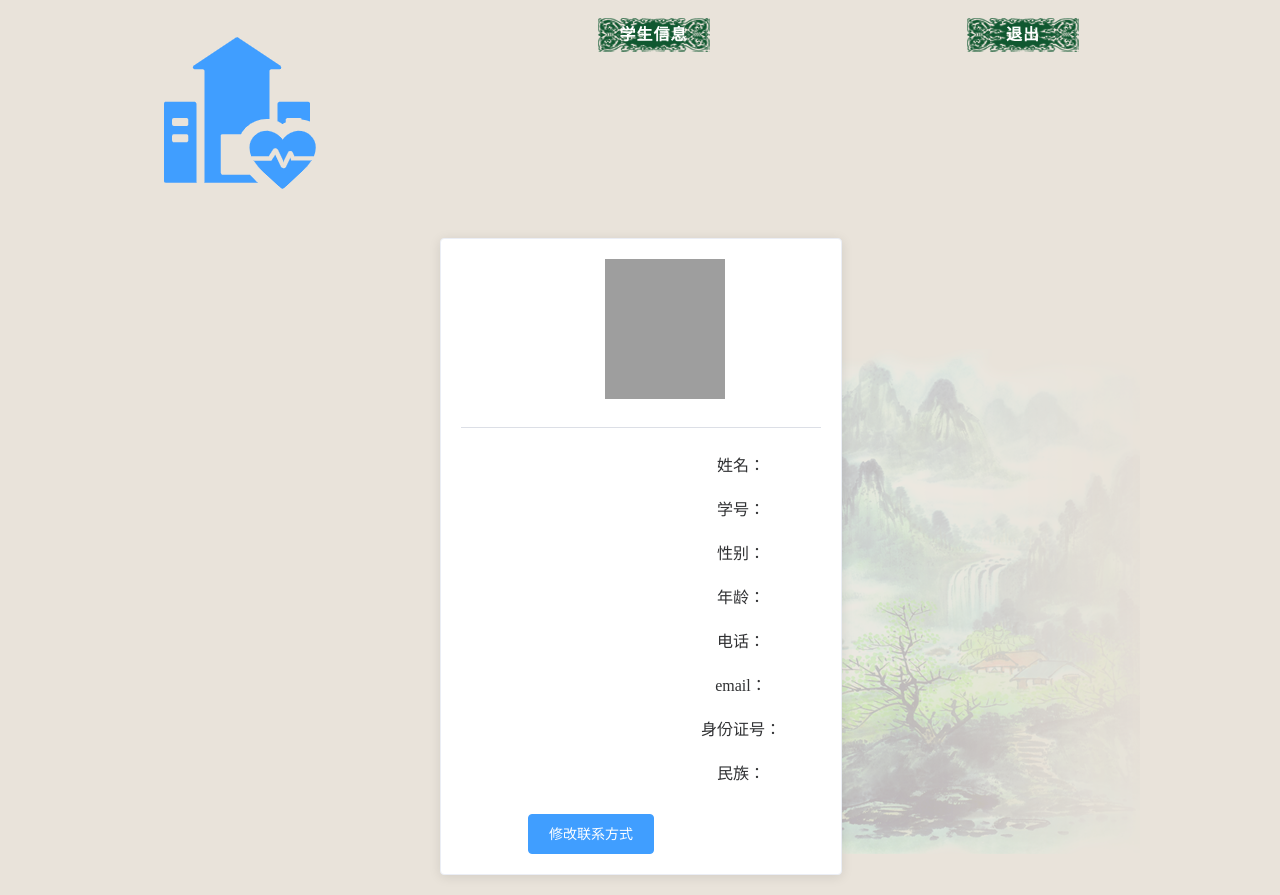
Repository: Blizzard-cyber/winsdom_scool_front
Page: /#/Personal
An editor plug-in stored every save of this project. The page is shown before and after the next save, followed by the edit.
The browser window is 1280 px wide. The pictures show the whole page.
Pictures or frames that could not be fetched are drawn as grey boxes. The project was rebuilt for these pictures with package versions that can differ from the ones it lists, and the page was loaded fresh each time. Also part of the build but not shown: src/components/comment/bottom.vue, src/components/first.vue, src/components/inside.vue, src/components/index.vue, src/components/dynamic/photo-news.vue, src/components/dynamic/latest-information.vue, src/components/contact/contact-us.vue, src/components/info_modules/course.vue and 7 more. Imported but missing from the stored project, and not drawn on this page: src/components/dynamic/school-notice, src/components/info_modules/lab.

Above is the page before, as saved 2022-07-04 12:05:22.
Console error: TypeError: Cannot read properties of null (reading 'getContext')

### index.html
<!DOCTYPE html>
<html>
  <head>
    <meta charset="utf-8">
    <meta name="viewport" content="width=device-width,initial-scale=1.0">
    <title>peidao</title>
  </head>
  <body>
    <div id="app"></div>
    <!-- built files will be auto injected -->
  </body>
</html>

### src/main.js
// The Vue build version to load with the `import` command
// (runtime-only or standalone) has been set in webpack.base.conf with an alias.
import Vue from 'vue'
import App from './App'
import router from './router'
import 'element-ui/lib/theme-chalk/index.css'
import ElementUI from 'element-ui'
import '../static/css/main.css'
import '../static/js/jquery-3.2.1.min'



Vue.config.productionTip = false
Vue.use(ElementUI)

/* eslint-disable no-new */
new Vue({
    el: '#app',
    router,
    template: '<App/>',
    components: { App }
})

### src/router/index.js
import Vue from 'vue'
import Router from 'vue-router'
import Head from '@/components/comment/head'
import Bottom from '@/components/comment/bottom'
import First from '@/components/first'
import Inside from '@/components/inside'
import Index from '@/components/index.vue'

import SchoolNotice from '@/components/dynamic/school-notice'
import PhotoNews from '@/components/dynamic/photo-news'
import LatestInformation from '@/components/dynamic/latest-information'

import ContactUs from '@/components/contact/contact-us'
import Info from '@/components/info'

import Course from '@/components/info_modules/course'
import CourseTable from '@/components/info_modules/course_table'
import ExamFee from '@/components/info_modules/exam_fee'
import Exam from '@/components/info_modules/exam'
import Gdesign from '@/components/info_modules/gdesign'
import Lab from '@/components/info_modules/lab'
import Personal from '@/components/info_modules/personal'
import Remark from '@/components/info_modules/remark'
import StudyFee from '@/components/info_modules/study_fee'

Vue.use(Router)
Vue.component('my-head', Head)
Vue.component('my-bottom', Bottom)

export default new Router({
    routes: [{
        path: '/',
        name: 'Index',
        component: Index
    }, {
        path: '/First',
        name: 'First',
        component: First
    }, {
        path: '/Head',
        name: 'Head',
        component: Head
    }, {
        path: '/Bottom',
        name: 'Bottom',
        component: Bottom
    }, {
        path: '/Inside',
        name: 'Inside',
        component: Inside
    },
    {
        path: '/Info',
        name: 'Info',
        component: Info
    },
    {
        path: '/SchoolNotice',
        name: 'SchoolNotice',
        component: SchoolNotice
    }, {
        path: '/PhotoNews',
        name: 'PhotoNews',
        component: PhotoNews
    }, {
        path: '/LatestInformation',
        name: 'LatestInformation',
        component: LatestInformation
    }, {
        path: '/LatestInformation',
        name: 'LatestInformation',
        component: LatestInformation
    }, {
        path: '/ContactUs',
        name: 'ContactUs',
        component: ContactUs
    }
        , {
        path: '/Course',
        name: 'Course',
        component: Course
    },
    {
        path: '/CourseTable',
        name: 'CourseTable',
        component: CourseTable
    },
    {
        path: '/ExamFee',
        name: 'ExamFee',
        component: ExamFee
    },
    {
        path: '/Exam',
        name: 'Exam',
        component: Exam
    },
    {
        path: '/Gdesign',
        name: 'Gdesign',
        component: Gdesign
    },
    {
        path: '/Lab',
        name: 'Lab',
        component: Lab
    },
    {
        path: '/Personal',
        name: 'Personal',
        component: Personal
    },
    {
        path: '/Remark',
        name: 'Remark',
        component: Remark
    },
    {
        path: '/StudyFee',
        name: 'StudyFee',
        component: StudyFee
    }]
})

### static/css/main.css
@charset "utf-8";

/* Global style */
html,
body,
h1,
h2,
h3,
h4,
h5,
h6,
div,
dl,
dt,
dd,
ul,
ol,
li,
p,
blockquote,
pre,
hr,
figure,
table,
caption,
th,
td,
form,
fieldset,
legend,
input,
button,
textarea,
menu {
  margin: 0;
  padding: 0;
  font-size: 16px;
}

header,
footer,
section,
article,
aside,
nav,
address,
figure,
figcaption,
menu,
details {
  display: block;
}

table {
  border-collapse: collapse;
  border-spacing: 0;
}

caption,
th {
  font-weight: normal;
}

html,
body,
fieldset,
iframe,
abbr {
  border: 0;
}

i,
cite,
em,
var,
address,
dfn {
  font-style: normal;
}

ul,
ol,
li {
  list-style: none;
}

h1,
h2,
h3,
h4,
h5,
h6,
small {
  font-size: 100%;
  font-weight: 300;
}

pre,
code,
kbd,
samp {
  font-family: inherit;
}

q:before,
q:after {
  content: none;
  content: '';
}

textarea {
  overflow: auto;
  resize: none;
}

label,
summary {
  cursor: default;
}

a,
button {
  cursor: pointer;
}

em,
strong,
b {
  font-weight: 400;
}

textarea,
input,
button,
select,
keygen,
legend {
  color: #777;
  outline: 0;
  font-family: "Microsoft YaHei", Arial;
  font-size: 100%;
  margin: 0;
  outline: none;
  vertical-align: baseline;
  _overflow: visible;
  -webkit-appearance: none;
  -webkit-tap-highlight-color: rgba(255, 255, 255, 0.3);
}

a {
  color: #333;
  border: none;
  text-decoration: none;
  outline: none;
}

a:focus {
  outline: 0;
  -moz-outline-style: none;
}

img {
  border: 0 none;
}

html {
  text-align: center;
  /*background-color: #f5f5f5!important;*/
}

[v-cloak] {
  display: none !important;
}

.allcontainer {
  background: #fff;
}

.flex-col,
.flex-row {
  display: i-webkt-box;
  display: -webkit-flex;
  display: -ms-flexbox;
  display: flex;
}

.flex-col {
  -ms-flex-direction: column;
  -webkit-flex-direction: column;
  flex-direction: column;
}

.flex-col.flex-y-center {
  -webkit-justify-content: center;
  justify-content: center;
  -ms-justify-content: center;
}

.flex-col.flex-top {
  -webkit-justify-content: flex-starttart;
  justify-content: flex-start;
  -ms-justify-content: flex-start;
}

.flex-col.flex-bottom {
  -webkit-justify-content: flex-end;
  justify-content: flex-end;
  -ms-justify-content: flex-end;
}

.flex-col.flex-x-center {
  -webkit-box-align: center;
  -webkit-align-items: center;
  -ms-flex-align: center;
  align-items: center;
}

.flex-col.flex-left {
  align-items: flex-start;
  -ms-align-content: flex-start;
  -webkit-align-content: flex-start;
  align-content: flex-start;
}

.flex-col.flex-right {
  align-items: flex-end;
  -ms-align-content: flex-end;
  -webkit-align-content: flex-end;
  align-content: flex-end;
}

.flex-row {
  -ms-flex-direction: row;
  -webkit-flex-direction: row;
  flex-direction: row;
}

.flex-row.flex-x-center {
  -webkit-box-pack: center;
  -webkit-justify-content: center;
  -ms-flex-pack: center;
  justify-content: center;
}

.flex-row.flex-y-center {
  -webkit-box-align: center;
  -webkit-align-items: center;
  -ms-flex-align: center;
  align-items: center;
}

.flex-row.flex-left {
  -webkit-justify-content: flex-start;
  justify-content: flex-start;
  -ms-justify-content: flex-start;
}

.flex-row.flex-right {
  -webkit-justify-content: flex-end;
  justify-content: flex-end;
  -ms-justify-content: flex-end;
}

.flex-row.flex-bottom {
  align-items: flex-end;
  -ms-align-content: flex-end;
  -webkit-align-content: flex-end;
  align-content: flex-end;
}

.flex-row.flex-top {
  align-items: flex-start;
  -ms-align-content: flex-start;
  -webkit-align-content: flex-start;
  align-content: flex-start;
}

.flex-row.flex-space-around {
  -webkit-justify-content: space-around;
  justify-content: space-around;
  -ms-justify-content: space-around;
}

.flex-row.flex-space-between {
  -webkit-box-pack: justify;
  -webkit-justify-content: space-between;
  -ms-flex-pack: justify;
  justify-content: space-between;
}

.flex-col.flex-space-around {
  -webkit-justify-content: space-around;
  justify-content: space-around;
  -ms-justify-content: space-around;
}

.flex-col.flex-space-between {
  -webkit-justify-content: space-between;
  justify-content: space-between;
  -ms-justify-content: space-between;
}

.flex-col.flex-wrap {
  -webkit-flex-wrap: wrap;
  flex-wrap: wrap;
  -ms-flex-wrap: wrap;
}

.flex-row.flex-wrap {
  -webkit-flex-wrap: wrap;
  flex-wrap: wrap;
  -ms-flex-wrap: wrap;
}

.main {
  background: #e9e3da;
}

.center {
  width: 1000px;
  background-image: url(../../static/img/big-bg.png);
  background-repeat: no-repeat;
  background-position: 408px 349px;
}

.top-bg {
  background: url(../../static/img/head-bg.png);
  background-repeat: no-repeat;
  background-position: 95% 1%;
}

.index {
  width: 1000px;
}

.index .index-head {
  margin-top: 18px;
}

.index .index-nav {
  width: 1000px;
  margin-top: 18px;
}

.index .index-nav a {
  cursor: pointer;
}

.index .index-nav a li {
  color: #fff;
  font-size: 16px;
  width: 112px;
  height: 34px;
  line-height: 34px;
}

.index .index-nav .index-nav-ul {
  width: 939px;
  border: none;
  font-size: 14px;
  font-weight: 700;
  letter-spacing: 1px;
}

.index .index-nav .index-nav-ul .index-nav-li {
  color: #fff;
  font-size: 16px;
  width: 112px;
  height: 34px;
  line-height: 34px;
  background: url(../../static/img/li-b.png);
}

.index .index-nav .index-nav-ul .index-nav-li .index-nav-a {
  cursor: pointer;
  color: #fff;
}

.index .index-nav .index-nav-ul .index-nav-li .index-nav-hide {
  width: 112px;
  position: absolute;
  z-index: 50;
  color: #fff;
  background-color: #105830;
}

.words {
  margin-top: 14px;
}

.words .words-left {
  width: 263px;
  height: 90px;
  background-image: url(../img/top2-l.png);
}

.words .words-right {
  width: 731px;
  height: 90px;
  background-image: url(../img/top2-r.png);
}

.news {
  margin-top: 17px;
}

.news .news-left {
  width: 100%;
}

.news .news-left img {
  height: 300px;
}

.news .news-right {
  margin-top: 22px;
  width: 481px;
}

.news .news-right .news-right-inner {
  width: 467px;
  height: 200px;
  color: #373737;
}

.show {
  margin-top: 30px;
  color: #373737;
  margin-bottom: 72px;
}

.show .show-notice {
  width: 486px;
  margin-top: 20px;
  height: 200px;
}

.show .show-notice .show-notice-inner {
  width: 465px;
  height: 205px;
}

.show .show-invite {
  width: 483px;
  height: 200px;
  margin-top: 20px;
}

.show .show-invite .show-invite-inner {
  width: 465px;
  height: 205px;
}

.other {
  height: 122px;
  color: #171717;
}

.other .other-inner {
  width: 950px;
}

.bottom {
  margin-top: 26px;
  color: #171717;
  margin-bottom: 37px;
  color: #373737;
}

.bottom .bottom-inner {
  width: 613px;
}

.bottom .bottom-inner .bottom-inner-in {
  height: 75px;
}

.location {
  height: 31px;
  margin-top: 10px;
  letter-spacing: 1px;
  color: #161616;
  background-color: #9b9994;
}

.location .location-inner {
  margin-left: 15px;
}

.photonews {
  margin-top: 37px;
  margin-bottom: 35px;
}

.photonews .photonews-title-1 {
  font-size: 23.8px;
}

.photonews .photonews-title-2 {
  font-size: 12px;
}

.photonews .photonews-inner {
  width: 770px;
  margin-top: 50px;
  font-size: 12px;
  text-indent: 2em;
}

.photonews .photonews-inner .photonews-inner-txt {
  text-align: left;
  width: 770px;
}

.photonews .photonews-inner .photonews-inner-img {
  margin-bottom: 15px;
}

.black-bg {
  background-image: url(../img/black-bg.png);
}

.green-bg {
  background-image: url(../img/green-bg.png);
}

.list {
  margin-top: 11px;
  color: #434343;
}

.list .list-left {
  width: 198px;
  height: 695px;
  margin-bottom: 63px;
  background-image: url(../img/list-l.png);
  background-repeat: no-repeat;
}

.list .list-left .list-left-inner {
  height: 116px;
  margin-top: 85px;
}

.list .list-left .list-left-inner li {
  color: #fff;
  font-size: 16px;
  width: 112px;
  height: 34px;
  line-height: 34px;
  cursor: pointer;
}

.list .list-right .list-right-title {
  width: 795px;
  height: 34px;
  background: #b0aca5;
}

.list .list-right .list-right-title .list-right-title-inner {
  margin-left: 23px;
}

.list .list-right .list-right-inner {
  height: 908px;
  background-image: url(../img/list-r.png);
  background-repeat: no-repeat;
  background-position: 100% 100%;
}

.list .list-right .list-right-inner .list-right-inner-words {
  height: 908px;
  margin-left: 40px;
}

.list .list-right .list-right-inner .list-right-inner-words .list-right-inner-words1 {
  width: 750px;
}

.list .list-right .list-right-bottom {
  width: 795px;
  margin-top: 17px;
  margin-bottom: 63px;
}

.list .list-right .list-right-bottom .list-right-bottom-li {
  background-color: #0c6930;
  margin-right: 8px;
  color: #ffffff;
  padding: 7px;
  font-size: 12px;
}

.photo-width {
  width: 700px;
}

.beautiful-bottom {
  margin-top: 17px;
  margin-bottom: 63px;
}

.beautiful-bottom .beautiful-bottom-li {
  background-color: #0c6930;
  margin-right: 8px;
  color: #ffffff;
  padding: 7px;
  font-size: 12px;
}

.profile-inner {
  height: 302px;
}

.profile-inner .photonews-inner-words {
  width: 750px;
  cursor: pointer;
}

.words-width {
  width: 750px;
  cursor: pointer;
}

.daohang1 {
  height: 163px;
  margin-top: 85px;
}

.daohang1 li {
  color: #fff;
  font-size: 16px;
  width: 112px;
  height: 34px;
  line-height: 34px;
}

.daohang2 {
  height: 206px;
  margin-top: 85px;
}

.daohang2 li {
  color: #fff;
  font-size: 16px;
  width: 112px;
  height: 34px;
  line-height: 34px;
}

.history-inner {
  height: 95px;
}

.teacher-inner {
  height: 45px;
}

.gifted-person-inner {
  height: 95px;
}

.achievement-inner {
  height: 146px;
}

.teaching-research {
  height: 45px;
}

.section-page {
  width: 960px;
}

.section-page .section-page-inner {
  margin-top: 37px;
  margin-bottom: 65px;
}

.section-page .section-page-inner .img-box1 {
  width: 235px;
  margin-bottom: 5px;
  overflow: hidden;
  cursor: pointer;
}

.section-page .section-page-inner .img-box1 img {
  height: 170px;
}

.section-page .section-page-inner .img-box {
  position: fixed;
  top: 0;
  left: 0;
  width: 100%;
  height: 100%;
  cursor: pointer;
  background: rgba(0, 0, 0, 0.7);
}

.section-page .section-page-inner .img-box img {
  height: 301px;
  width: 1042px;
}

.contact-us {
  width: 700px;
  margin-top: 50px;
}

.contact-us .contact-us-r {
  font-size: 18px;
  margin-bottom: 20px;
}

.contact-us img {
  height: 200px;
}

.shouye-main {
  background: #e9e3da;
  position: fixed;
  width: 100%;
  height: 100%;
}

.shouye-bg {
  background-image: url(../../static/img/shouye-bg.png);
  background-repeat: no-repeat;
  background-position: 0 80px;
}

.shouye {
  width: 571px;
  margin-top: 112px;
  margin-left: 33%;
}

.shouye .title {
  margin-left: 18px;
}

.shouye .inner {
  width: 572px;
  margin-top: 33px;
}

.shouye .inner .inner-l {
  width: 417px;
  height: 330px;
}

.shouye .inner .inner-l .anim-opacity1,
.shouye .inner .inner-l .anim-opacity2 {
  margin-top: 7px;
  position: absolute;
  height: 314px;
  width: 402px;
  margin-left: -200px;
}

.shouye .inner .inner-l .border {
  position: absolute;
  margin-left: -207px;
}

.shouye .inner .inner-r {
  width: 132px;
  height: 329px;
  background-image: url(../../static/img/index-r.png);
  background-repeat: no-repeat;
}

.shouye .enter {
  margin-top: 12px;
  margin-left: 226px;
  width: 196px;
  height: 56px;
  color: #fff;
  background-image: url(../../static/img/enter.png);
  background-repeat: no-repeat;
}

.shouye .enter p {
  font-size: 15.42px;
}

### src/components/comment/head.vue
<template>
<div class="main">
    <div class="index flex-col">
      <div class="index-nav flex-row">
        <ul class="index-nav-ul flex-row flex-space-between">
          <img src="../../../static/img/logo.png" alt="">
          <li class="index-nav-li">
            <router-link :to="{path:'/Info'}" class="index-nav-a">学生信息</router-link>
          </li>
          <li class="index-nav-li">
            <router-link :to="{path:'/'}"><span class="index-nav-a">退出</span></router-link>
          </li>

        </ul>
      </div>

    </div>
  </div>



</template>

<script>
let self;
export default {
  data() {
    return {

    };
  },
  created() {
    self = this;
  },
  methods: {

}}
</script>

### src/components/info.vue
  <template>
   <div class="main flex-col flex-x-center flex-y-center">
    <div class="center">
     <my-head/>
     <div class="cards">
        <el-row :gutter="50" >
          <el-col :span="8" v-for="(item,index) in items">
           <el-card shadow="hover" :body-style="{ height: '100px' }">
             <div slot="header" class="clearfix">
              <span>{{item.title}}</span>
              <el-button @click="Jump(urls[index].message)" style="float: right; padding: 3px 0" type="text">进入</el-button>
             </div>
              <div class="text item">
              <span>{{item.message}}</span>
              </div>
           </el-card>
          </el-col>
        </el-row>
     </div>
     <my-bottom/>
   </div>
   </div>
  </template>

 <script>

  export default {
    name: "Info",
    data() {
        return {
          items:[
            {title:'个人信息',message:'查询个人信息详情'},
            {title:'课程情况',message:'查询学生个人选课情况，学分和成绩情况'},
            {title:'课程表',message:'查询学生课程表'},
            {title:'我的成绩',message:'查询学生在校期间成绩详情'},
            {title:'考试安排',message:'查询学期考试课程安排'},
            {title:'毕业设计',message:'查询学生毕业设计情况'},
            {title:'学费缴纳信息',message:'查询学生缴费、欠费情况'},
            {title:'缴费报考信息',message:'查询学生学费、报考费信息'},
            {title:'实验室开放时间',message:'查询实验室开放时间'},
          ],
          urls:[
            {message:'/Personal'},
            {message:'/Course'},
            {message:'/CourseTable'},
            {message:'/Remark'},
            {message:'/Exam'},
            {message:'/Gdesign'},
            {message:'/StudyFee'},
            {message:'/ExamFee'},
            {message:'/Lab'},
          ]
        };
    },
    methods: {
      Jump(url) {
        this.$router.replace(url);
      }
    },

}
  </script>


<style>
 /* .el-row {
    margin-bottom: 20px;
    &:last-child {
      margin-bottom: 0;
    }
  } */
  .el-col {
    border-radius: 4px;
  }
  .bg-purple-dark {
    background: #99a9bf;
  }
  .bg-purple {
    background: #d3dce6;
  }
  .bg-purple-light {
    background: #e5e9f2;
  }
  .grid-content {
    border-radius: 4px;
    min-height: 36px;
  }
  .row-bg {
    padding: 10px 0;
    background-color: #f9fafc;
  }
  .el-card {
    border-radius: 4px;
    background: #fff;
    border: 1px solid #ebeef2;
    box-shadow: 0 2px 12px 0 rgba(0, 0, 0, 0.1);
    margin: 20px 0 20px;
    padding: 0;
  }
</style>

### src/components/info_modules/personal.vue
<template>
<div class="main flex-col flex-x-center flex-y-center">
    <div class="center">
     <my-head/>
            <div style="margin-left: 30%;margin-right: 30%">
                <el-card class="box-card">
                    <el-row>
                        <div>
                            <div>
                                <el-image class="identification_photo" :src="this.avatarUrl" alt="" style="margin-left: 40%;margin-right: 40%"/>
                            </div>
                        </div></el-row>
                    <el-divider></el-divider>
                    <div class="Info">
                        <div style="margin-top: 20px">姓名：{{studentInfo.name}}</div>
                        <div style="margin-top: 20px" >学号：{{studentInfo.id}}</div>
                        <div style="margin-top: 20px">性别：{{studentInfo.sex}}</div>
                        <div style="margin-top: 20px">年龄：{{studentInfo.age}}</div>
                        <div style="margin-top: 20px">电话：{{studentInfo.phoneNum}}</div>
                        <div style="margin-top: 20px">email：{{studentInfo.email}}</div>
                        <div style="margin-top: 20px">身份证号：{{studentInfo.idCard}}</div>
                        <div style="margin-top: 20px">民族：{{studentInfo.nation}}</div>
                        <el-button type="primary" @click="open">修改联系方式</el-button>
                    </div>
                </el-card>
            </div>

            </div>
            <my-buttom/>
            </div>
</template>

<script>
    export default {
        name: "Personal",
  data() {
    return {
      studentInfo: [
        {
          id: "1",
          name: "2",
          sex: "3",
          age: "4",
          phoneNum: "5",
          email: "6",
          idCard: "7",
          nation: "8"
        }
      ],
      avatarUrl: '../../../static/img/code2.jpg'
    };
  },
  methods: {

      open() {
        this.$prompt('请输入新联系方式', '提示', {
          confirmButtonText: '确定',
          cancelButtonText: '取消',
          inputPattern: /[\w!#$%&'*+/=?^_`{|}~-]+(?:\.[\w!#$%&'*+/=?^_`{|}~-]+)*@(?:[\w](?:[\w-]*[\w])?\.)+[\w](?:[\w-]*[\w])?/,
          inputErrorMessage: '格式不正确'
        }).then(({ value }) => {
          this.$message({
            type: 'success',
            message: '你的联系方式是: ' + value
          });
        }).catch(() => {
          this.$message({
            type: 'info',
            message: '取消输入'
          });
        });
      }

            // handleClick(tab, event) {
            //     console.log(tab, event);
            // },
            // initCourses(classId) {
            //     this.getRequest('/web/student/courses?classId=' + classId).then(resp => {
            //         console.log(resp.data);
            //         this.coursesList = resp.data;
            //         for (let j = 0; j < this.coursesList.length; j++) {
            //             if (this.coursesList[j].status === 1) {
            //                 this.coursesList[j].status = '必修';
            //             } else if (this.coursesList[j].status === 2) {
            //                 this.coursesList[j].status = '选修';
            //             } else if (this.coursesList[j].status === 3) {
            //                 this.coursesList[j].status = '公选';
            //             }
            //         }
            //     })
            // },
            // initStudents() {
            //     this.getRequest('/web/student/personalInfo').then(resp => {
            //         this.studentInfo = resp.data;
            //         if (this.studentInfo.avatar === '') {
            //             this.avatarUrl = require('../../assets/user_pic_middle.gif');
            //         }
            //         this.initCourses(this.studentInfo.classes.id);
            //     })
            // }
        },
    }
</script>

<style scoped>
    .activeName{
        width: 100%;
        height: 100%;
    }

    .box-card {
        width: 100%;
        height: 100%;
        text-align: center;
    }


    .grid-content {
        border-radius: 4px;
        min-height: 36px;
    }

    .el-dropdown-link {
        cursor: pointer;
        color: #409EFF;
    }
    .el-icon-arrow-down {
        font-size: 12px;
    }
    .identification_photo{
        width: 120px;
        height: 140px;
        margin-left: 160px;
    }
    .Info{
        width: 100%;
        height: 100%;
        margin-left: 100px;

    }
    .el-button{
        margin-top: 30px;
        margin-left: -300px;
        display: inline-block;
    }
</style>

Loaded but not shown: src/App.vue (common file)

After the next save:
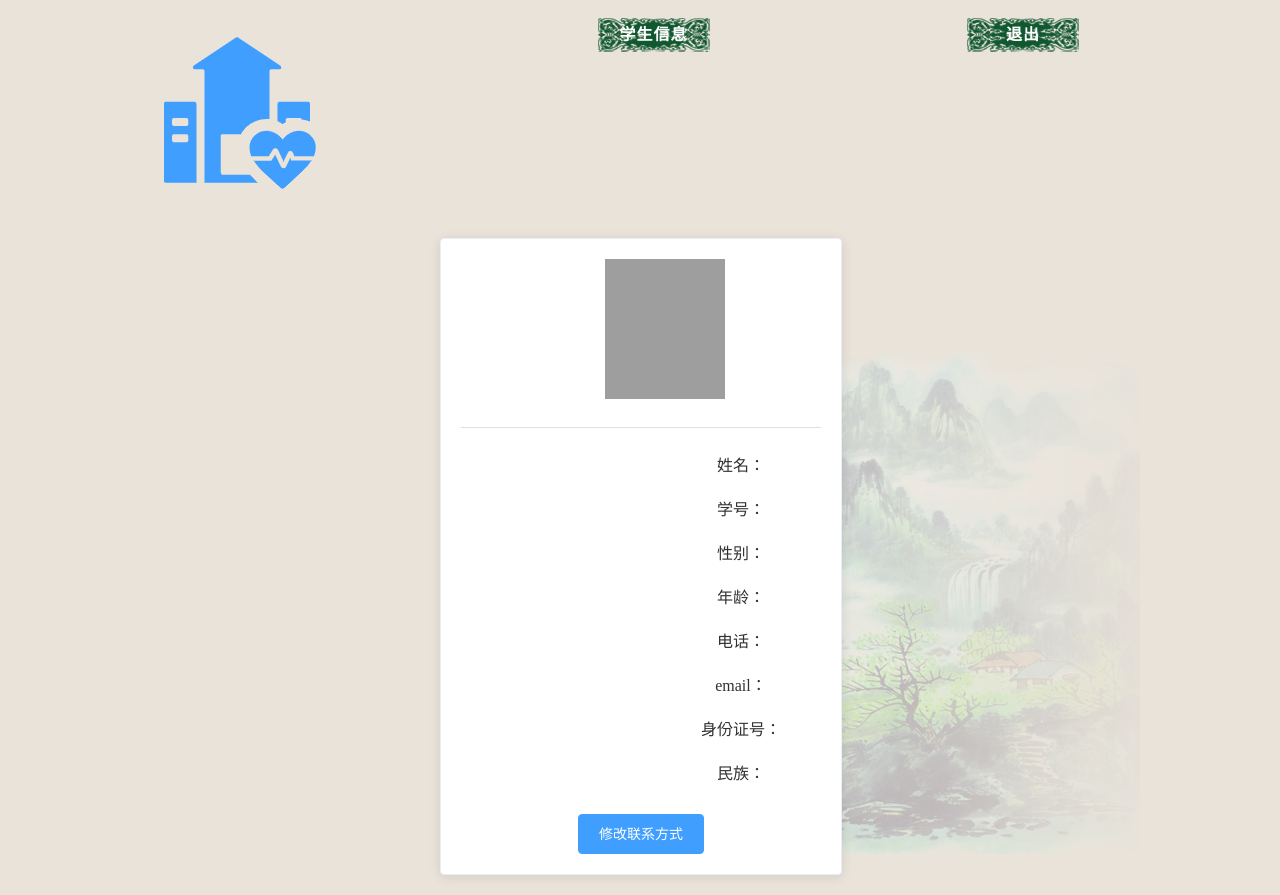
Saved 6 s later.
--- a/src/components/info_modules/personal.vue
+++ b/src/components/info_modules/personal.vue
@@ -140,7 +140,7 @@
     }
     .el-button{
         margin-top: 30px;
-        margin-left: -300px;
+        margin-left: -200px;
         display: inline-block;
     }
 </style>
